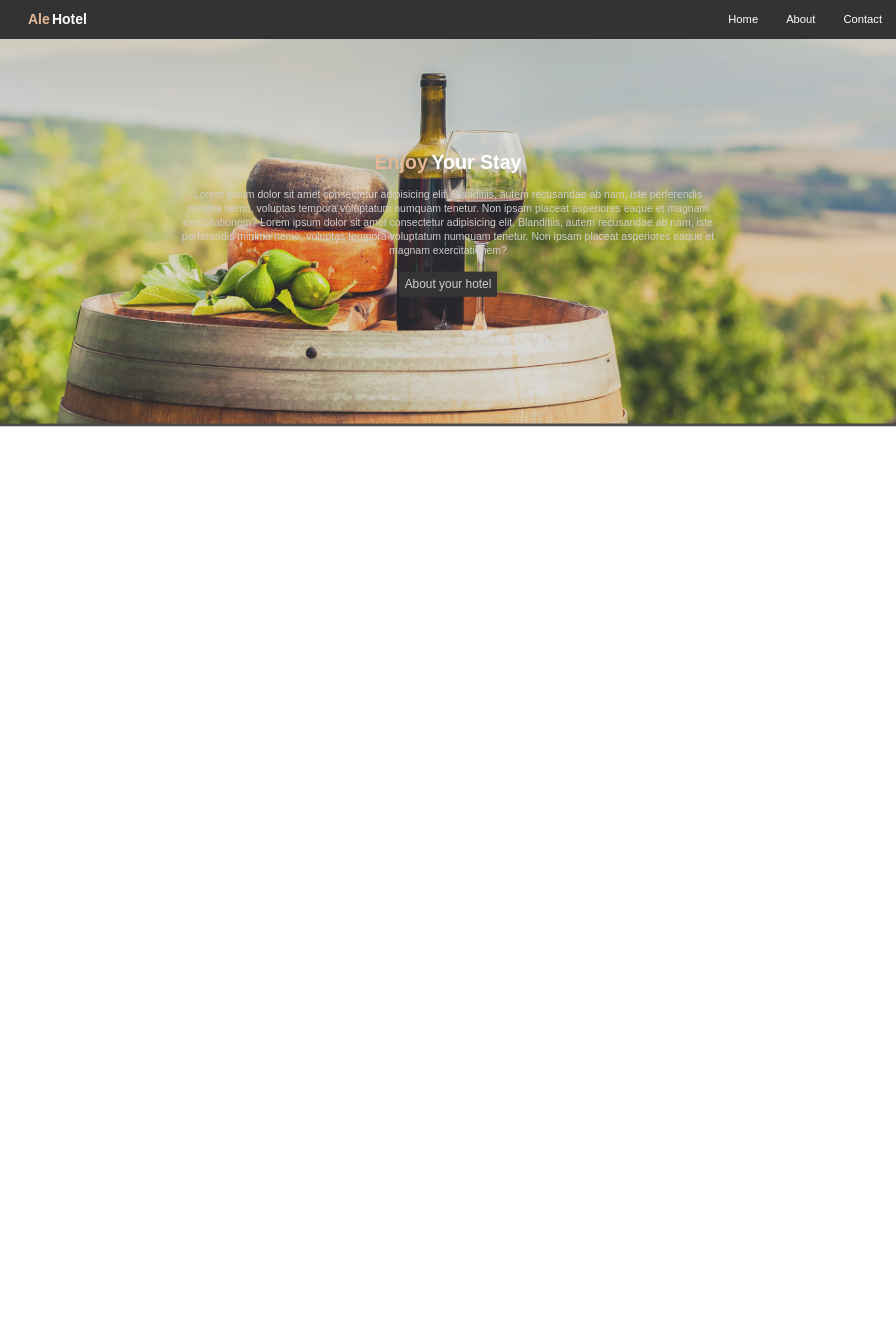
Repository: Ngoc28/HTML-CSS
Page: aleHoltel/index.html
These files come from the project's save history. The page is drawn as it stood at one moment and after the next save; the edit follows.
The browser window is 1280 px wide. The pictures show the part of the page from y = 0 to 1920 px (the page is 5055 px tall), at 70% of full size.

Above is the page before, as saved 2023-08-06 00:19:09.

After the next save:
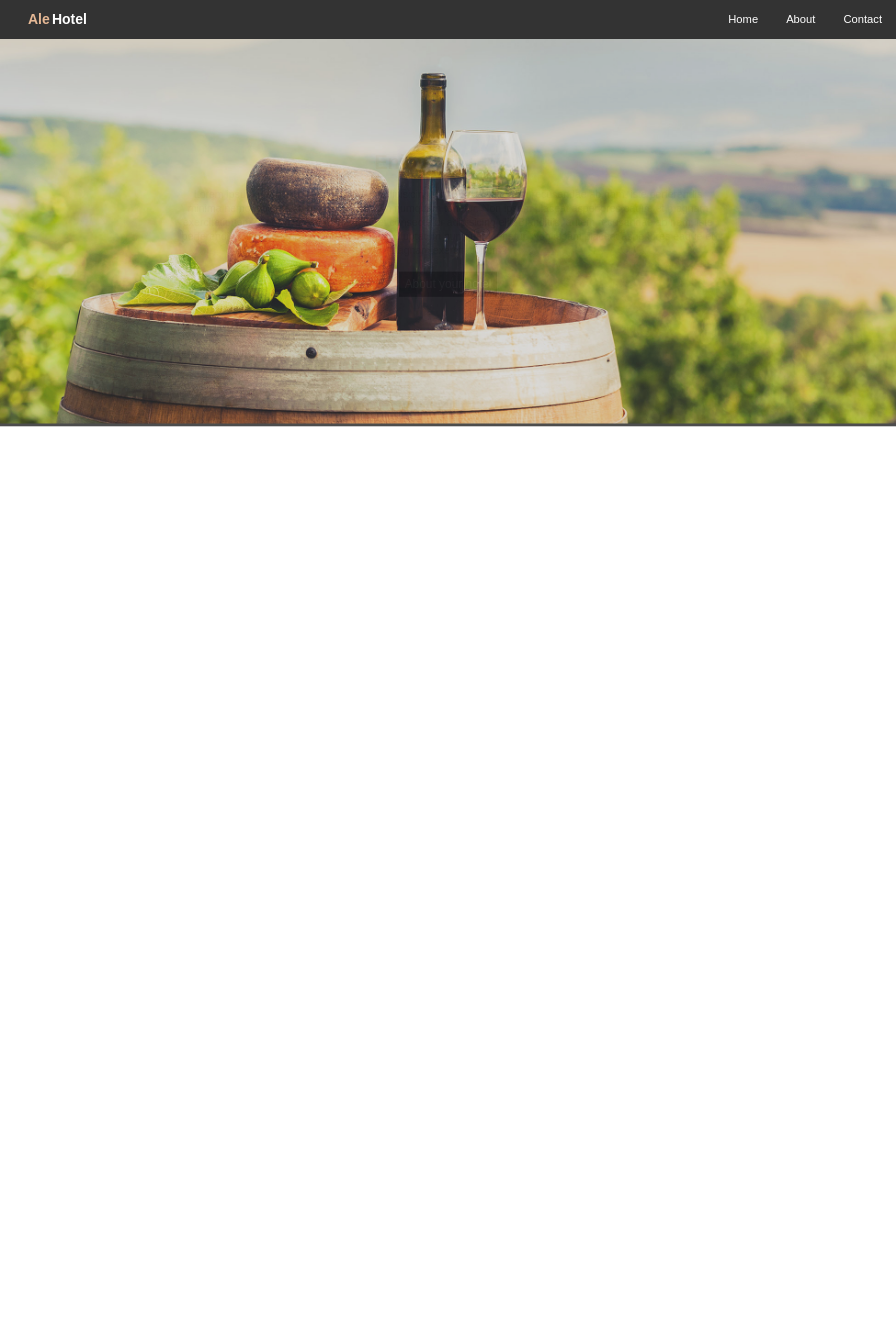
Saved 2 min 25 s later.
--- a/aleHoltel/style.css
+++ b/aleHoltel/style.css
@@ -77,7 +77,7 @@
     left: 0;
     right: 0;
     background: rgba(0, 0, 0, 0.7);
-    padding: 0;
+    z-index: 1;
 }
 
 .about-img img {

After the save that followed:
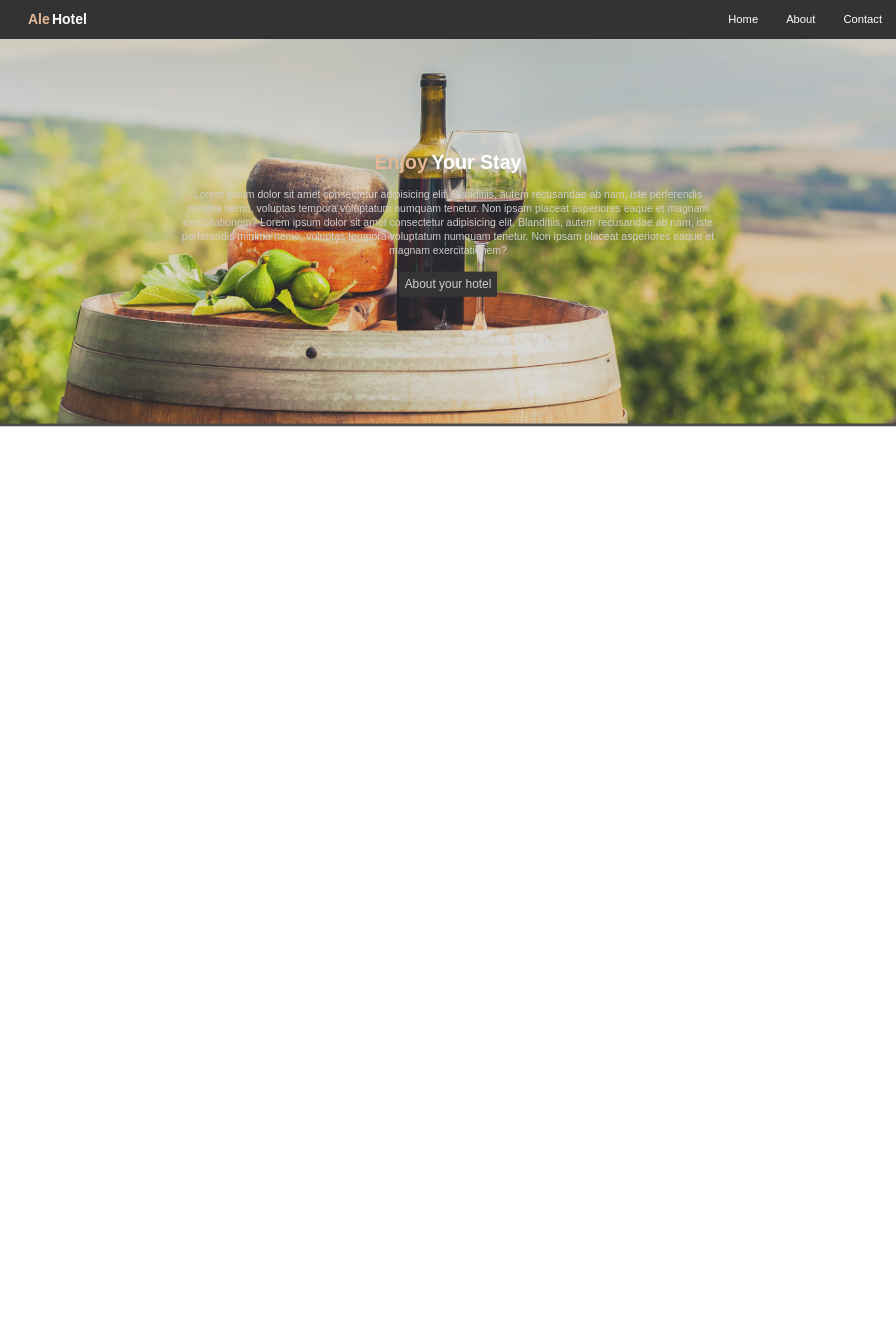
Saved 10 s later.
--- a/aleHoltel/style.css
+++ b/aleHoltel/style.css
@@ -77,7 +77,7 @@
     left: 0;
     right: 0;
     background: rgba(0, 0, 0, 0.7);
-    z-index: 1;
+    /* z-index: 1; */
 }
 
 .about-img img {
